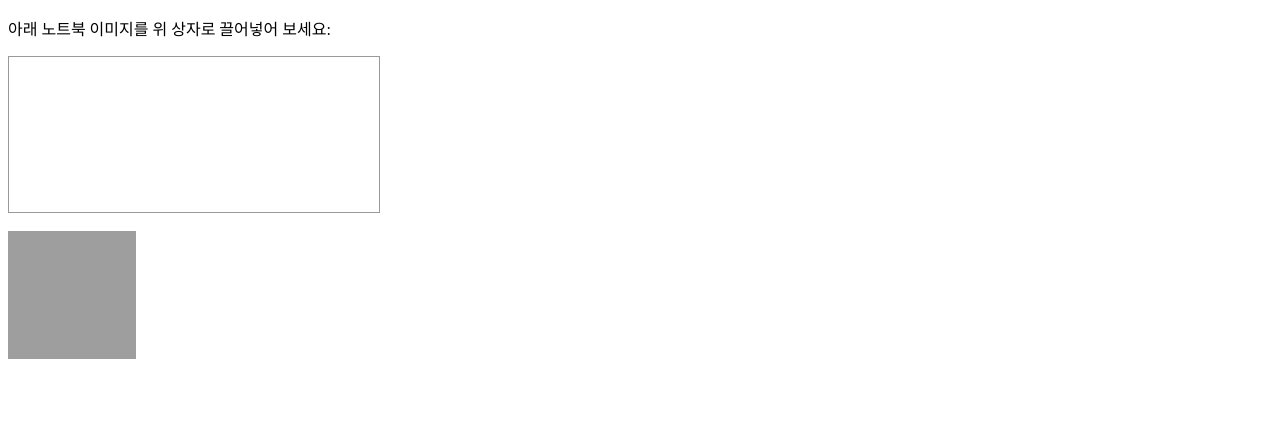
Repository: leetaehyeon123/SpringBaseSources
Page: http://localhost/DAD/
These files come from the project's save history. The page is drawn as it stood at one moment and after the next save; the edit follows.
The browser window is 1280 px wide. The pictures show the whole page.
Pictures or frames that could not be fetched are drawn as grey boxes. The page is served by Tomcat 9. Other server files are loaded and not shown.

Above is the page before, as saved 2020-06-28 01:26:06.

### 드래그앤드롭 소스코드/DragAndDrop/DAD/src/main/webapp/WEB-INF/views/main.jsp
<%@ page language="java" contentType="text/html; charset=UTF-8"
    pageEncoding="UTF-8"%>
<!DOCTYPE html>
<html>
<head>
<meta charset="UTF-8">
<title>Insert title here</title>

<style>
/* 드래그해 놓을 상자의 모양을 정합니다. 지금은 신경쓰지 않으셔도 됩니다. */
#div1 {width:350px;height:135px;padding:10px;border:1px solid #999;}
</style>
<script>
function allowDrop(ev) {
    ev.preventDefault();
}

function drag(ev) {
    ev.dataTransfer.setData("text", ev.target.id);
}

function drop(ev) {
    ev.preventDefault();
    var data = ev.dataTransfer.getData("text");
    ev.target.appendChild(document.getElementById(data));
}
</script>
</head>
<body>

<p>아래 노트북 이미지를 위 상자로 끌어넣어 보세요:</p>

<div id="div1" ondrop="drop(event)" ondragover="allowDrop(event)"></div>
<br>

<img id="drag1" src="resources/img/comp1.png" draggable="true" ondragstart="drag(event)" width="128" height="128">

</body>
</html>

After the next save:
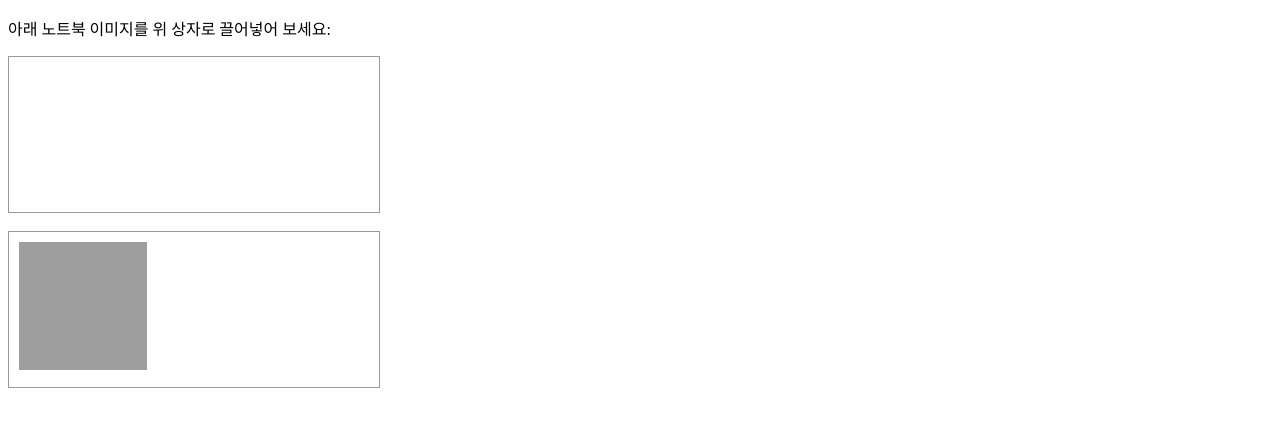
Saved 47 s later.
--- a/드래그앤드롭 소스코드/DragAndDrop/DAD/src/main/webapp/WEB-INF/views/main.jsp
+++ b/드래그앤드롭 소스코드/DragAndDrop/DAD/src/main/webapp/WEB-INF/views/main.jsp
@@ -8,7 +8,7 @@
 
 <style>
 /* 드래그해 놓을 상자의 모양을 정합니다. 지금은 신경쓰지 않으셔도 됩니다. */
-#div1 {width:350px;height:135px;padding:10px;border:1px solid #999;}
+#div1,#div2 {width:350px;height:135px;padding:10px;border:1px solid #999;}
 </style>
 <script>
 function allowDrop(ev) {
@@ -32,8 +32,8 @@ function drop(ev) {
 
 <div id="div1" ondrop="drop(event)" ondragover="allowDrop(event)"></div>
 <br>
-
+<div id="div2" ondrop="drop(event)" ondragover="allowDrop(event)">
 <img id="drag1" src="resources/img/comp1.png" draggable="true" ondragstart="drag(event)" width="128" height="128">
-
+</div>
 </body>
 </html>
